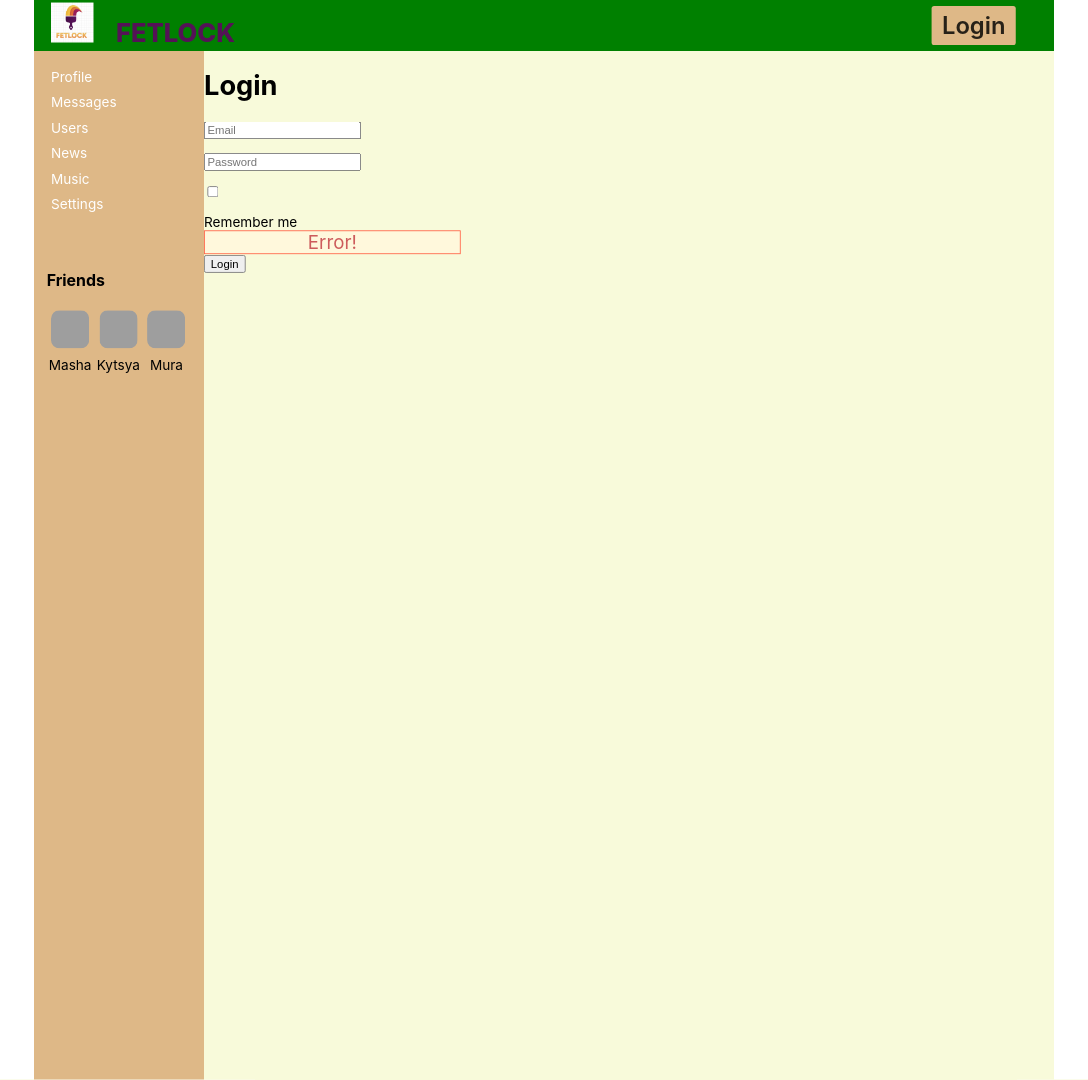
Repository: tetianatsymbal/react-way-of-samurai
Page: /login
An editor plug-in stored every save of this project. The page is shown before and after a run of saves, followed by the edit.
The browser window is 1280 px wide. The pictures show the whole page, at 85% of full size.
Pictures or frames that could not be fetched are drawn as grey boxes. The page's requests for data from a server got no answer. The project was rebuilt for these pictures with package versions that can differ from the ones it lists, and the page was loaded fresh each time. No one was signed in, and anything a server would have sent is missing. Also part of the build but not shown: src/hoc/withAuthRedirect.js, src/components/Dialogs/Dialogs.module.css, src/components/Dialogs/DialogItem/DialogItem.module.css, src/components/Dialogs/DialogItem/DialogItem.jsx, src/components/Dialogs/Message/Message.module.css, src/components/Dialogs/Message/Message.jsx, src/components/Dialogs/AddMessageForm/AddMessageForm.module.css, src/components/Dialogs/AddMessageForm/AddMessageForm.jsx and 19 more.

Above is the page before, as saved 2022-08-22 13:52:53.

After the next 2 saves:
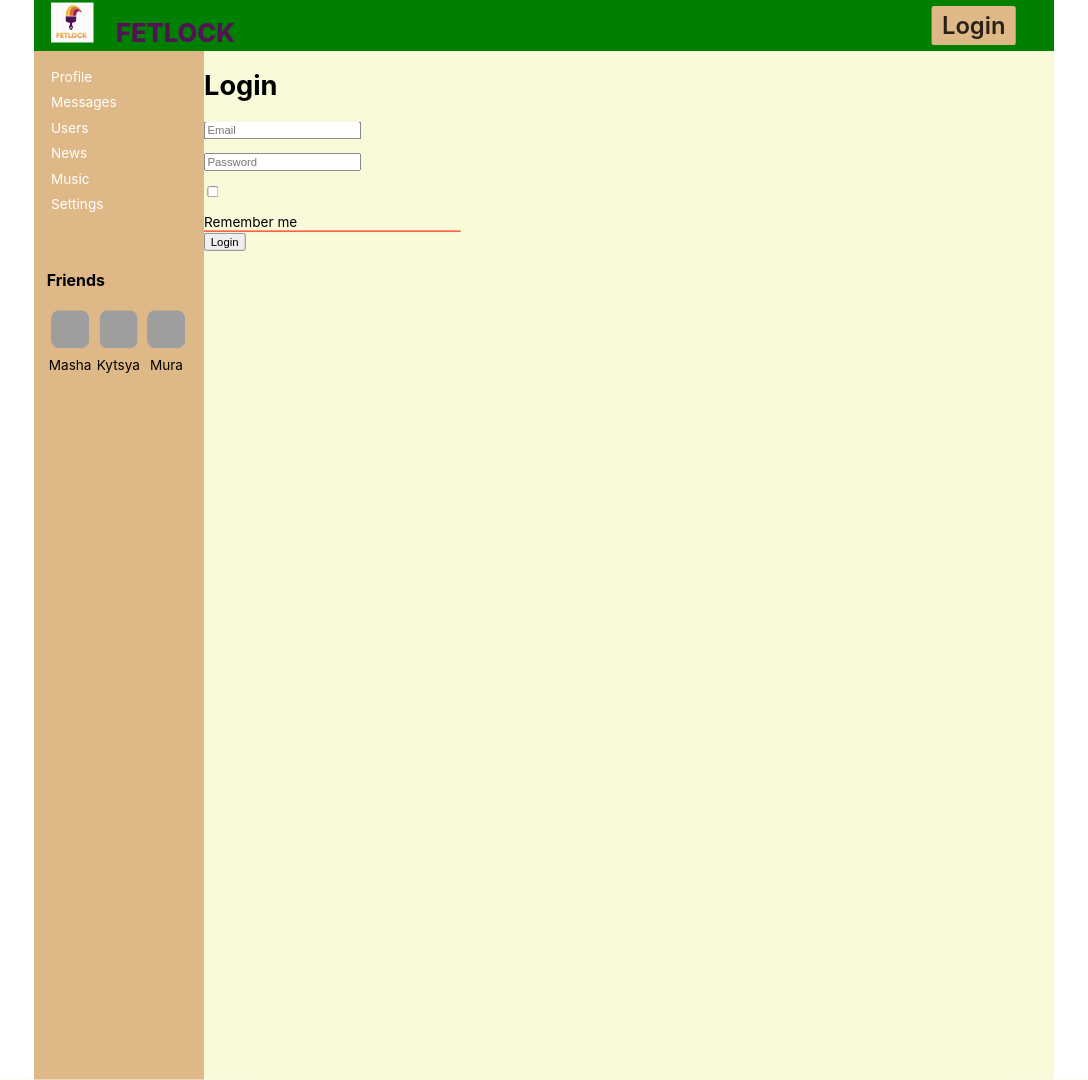
The 2 saves are shown as one change because they came seconds apart.
The last was saved 36 s later.
--- a/src/components/Login/Login.jsx
+++ b/src/components/Login/Login.jsx
@@ -19,7 +19,7 @@ const LoginForm = (props) => {
       <div>
          <Field name={"rememberMe"} type={"checkbox"} component={Input} /> <span>Remember me</span>
       </div>
-      <div className={style.formSummaryError}>Error!</div>
+      <div className={style.formSummaryError}>{props.error}</div>
       <div>
          <button>Login</button>
       </div>
